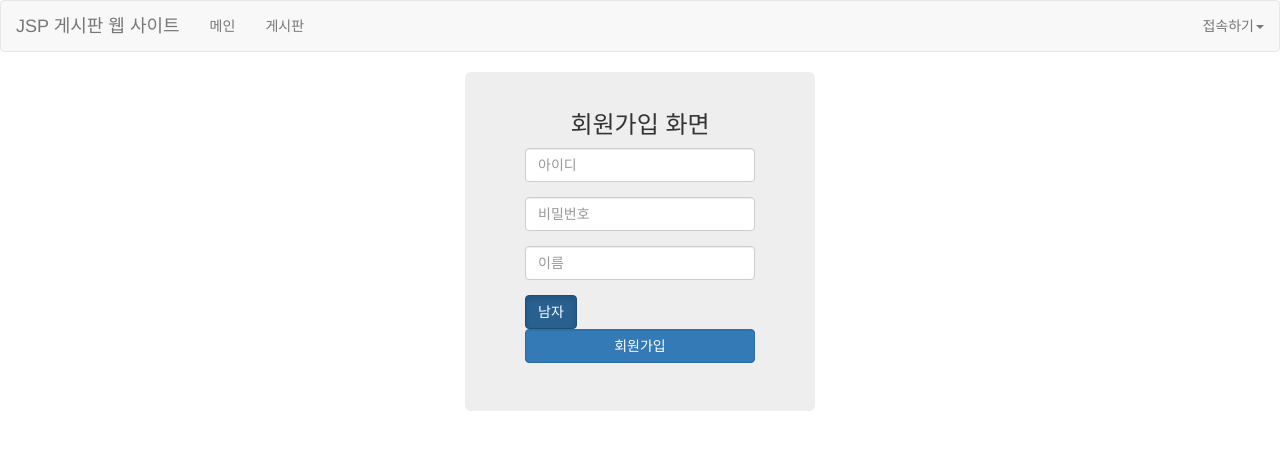
Repository: jk4g2/JSP_BBS
Page: http://localhost/BBS/join.jsp
These files come from the project's save history. The page is drawn as it stood at one moment and after the next save; the edit follows.
The browser window is 1280 px wide. The pictures show the whole page.
Some web libraries are served in a nearby version. The page is served by Tomcat 9.

Above is the page before, as saved 2020-03-15 21:39:51.

After the next save:
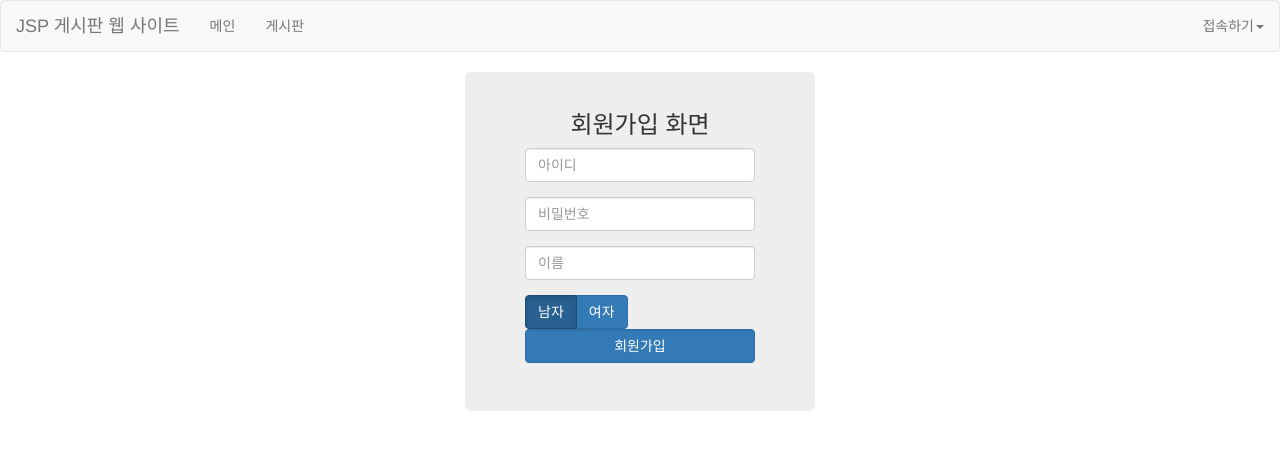
Saved 28 s later.
--- a/BBS/WebContent/join.jsp
+++ b/BBS/WebContent/join.jsp
@@ -58,6 +58,9 @@
 						<label class="btn btn-primary active">
 							<input type="radio" name="userGender" autocomplete="off" value="남자" checked>남자
 						</label>
+						<label class="btn btn-primary">
+							<input type="radio" name="userGender" autocomplete="off" value="여자" checked>여자
+						</label>
 					</div>
 					<input type ="submit" class="btn btn-primary form-control" value="회원가입">
 				</form>
